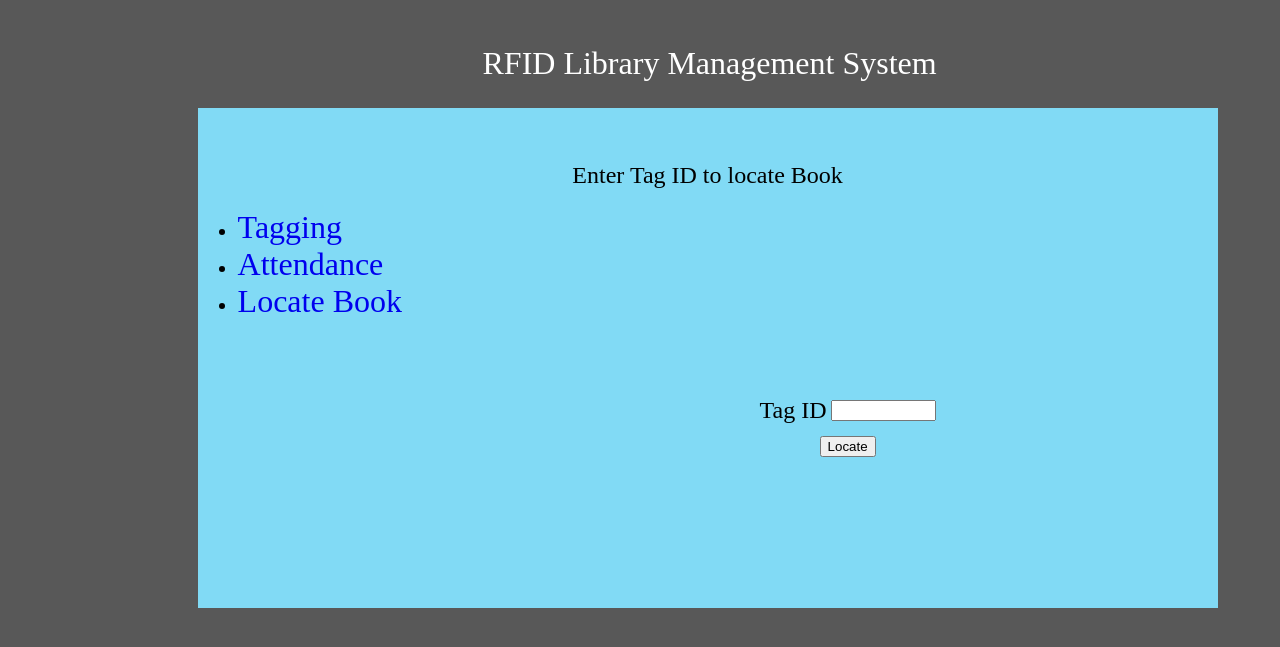
Repository: vigineshs/A-Smart-Data-Analyzer-for-Library-Management-System
Page: http://localhost/librarymgmt/locate.jsp
The author's editor kept a copy of each file at every save. The page is drawn from the files as they stood at one save, then again after the next save.
The browser window is 1280 px wide. The pictures show the whole page.
The page is served by Tomcat 9. Other server files are loaded and not shown.

Above is the page before, as saved 2013-02-10 12:19:05.

### PassiveRFID/CS203-Version 1.0.6/Demo Applications/Dot Net C#/Demo Applications Source Code/RFID/librarymgmt/WebContent/locate.jsp
<%@ page language="java" contentType="text/html; charset=ISO-8859-1"
    pageEncoding="ISO-8859-1"%>
<!DOCTYPE html PUBLIC "-//W3C//DTD HTML 4.01 Transitional//EN" "http://www.w3.org/TR/html4/loose.dtd">
<html>
<head>
<title>RFID | Library Management System</title>
<link rel="stylesheet" type="text/css" href="css/page.css ">
<script>
function validateForm()
{
var x=document.forms["f1"]["btag"].value;
if (x==null || x=="")
  {
  alert("TagID must be filled");
  return false;
  }}
  </script>
</head>
<body>
<div class="center">
<div id="container">
<div id="header"><br/>
RFID Library Management System
</div>
<div id="content">
<br/><br/><center>
Enter Tag ID to locate Book</center>
	<div id="lcon">
<ul style="font-size:20px;" >
<li><a href="tag.jsp">Tagging</a></li>
<li><a href="attend.jsp">Attendance</a></li>
<li><a href="locate.jsp">Locate Book</a></li>
</ul>
	</div>
	<div id="rcon">
	<form method=GET action="http://localhost:8080/librarymgmt/location.jsp" onsubmit="return validateForm()" name=f1  ><br/><br/>
	<center>
<table>
<tr><td>Tag ID</td><td><input type=text size=10 name="tag" /></td></tr>
<tr><td></td><td></td></tr><tr><td></td><td></td></tr>
<tr  ><td colspan="2"><center><input type=submit value=Locate /></center></td></tr>
</table></center>
</form>
	</div>
</div>
</div>
</div>
</body>
</html>

### PassiveRFID/CS203-Version 1.0.6/Demo Applications/Dot Net C#/Demo Applications Source Code/RFID/librarymgmt/WebContent/css/page.css
#container
{


width:1024px;
height:500px;
margin:0px;

}

a{
text-decoration:none;
font-color:blue;
font-size:32px;
}

a:hover{
font-color:red;
}

.center
{
margin-left:auto;
margin-right:auto;
width:70%;
}

body
{
background-color:#585858;
}

#header
{
background-color:#585858;
font-family:Monotype Corsiva;
font-size:32px;
color:white;
height:100px;
text-align:center;
float:center;
}

#content
{
background-color:#81DAF5;
width:1020px;
height:500px;
margin-left:0px;
overflow:hidden;
font-size:24px;
float:center;
}

#lcon
{
width:300px;
height:100%
overflow:hidden;
}

#rcon
{
width:700px;
height:100%
overflow:hidden;
margin-left:300px;
}

After the next save:
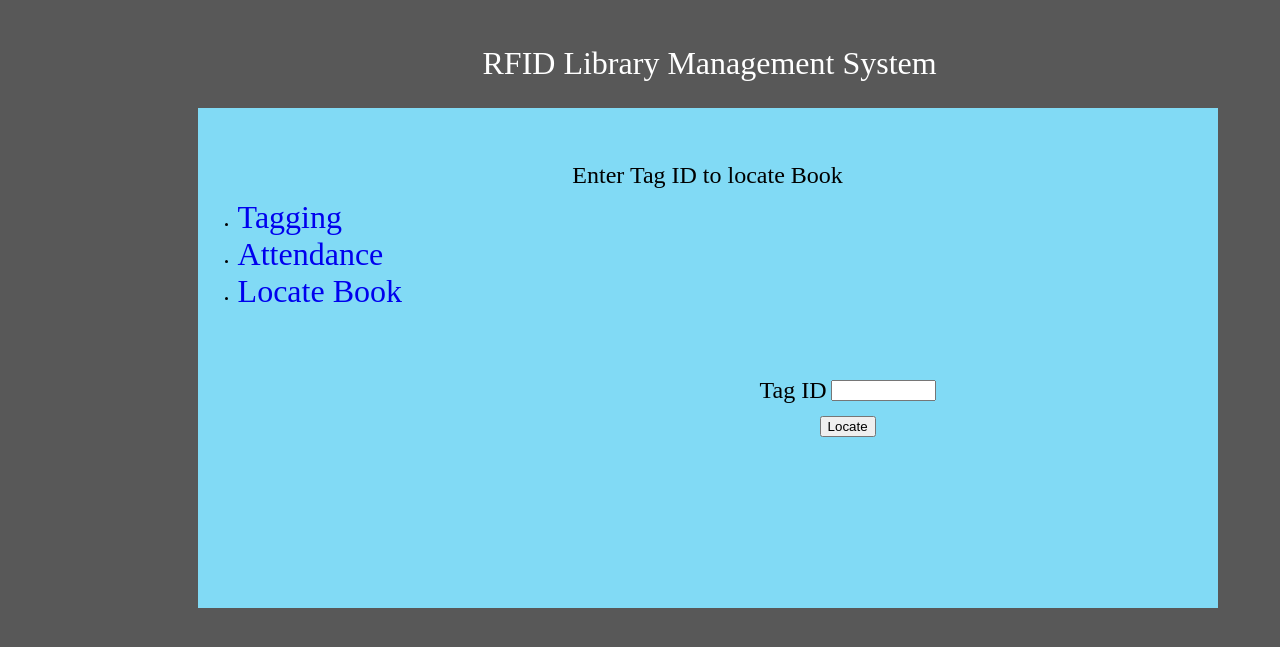
Saved 10 s later.
--- a/PassiveRFID/CS203-Version 1.0.6/Demo Applications/Dot Net C#/Demo Applications Source Code/RFID/librarymgmt/WebContent/locate.jsp
+++ b/PassiveRFID/CS203-Version 1.0.6/Demo Applications/Dot Net C#/Demo Applications Source Code/RFID/librarymgmt/WebContent/locate.jsp
@@ -26,7 +26,7 @@ RFID Library Management System
 <br/><br/><center>
 Enter Tag ID to locate Book</center>
 	<div id="lcon">
-<ul style="font-size:20px;" >
+<ul style="font-size:10px;" >
 <li><a href="tag.jsp">Tagging</a></li>
 <li><a href="attend.jsp">Attendance</a></li>
 <li><a href="locate.jsp">Locate Book</a></li>
